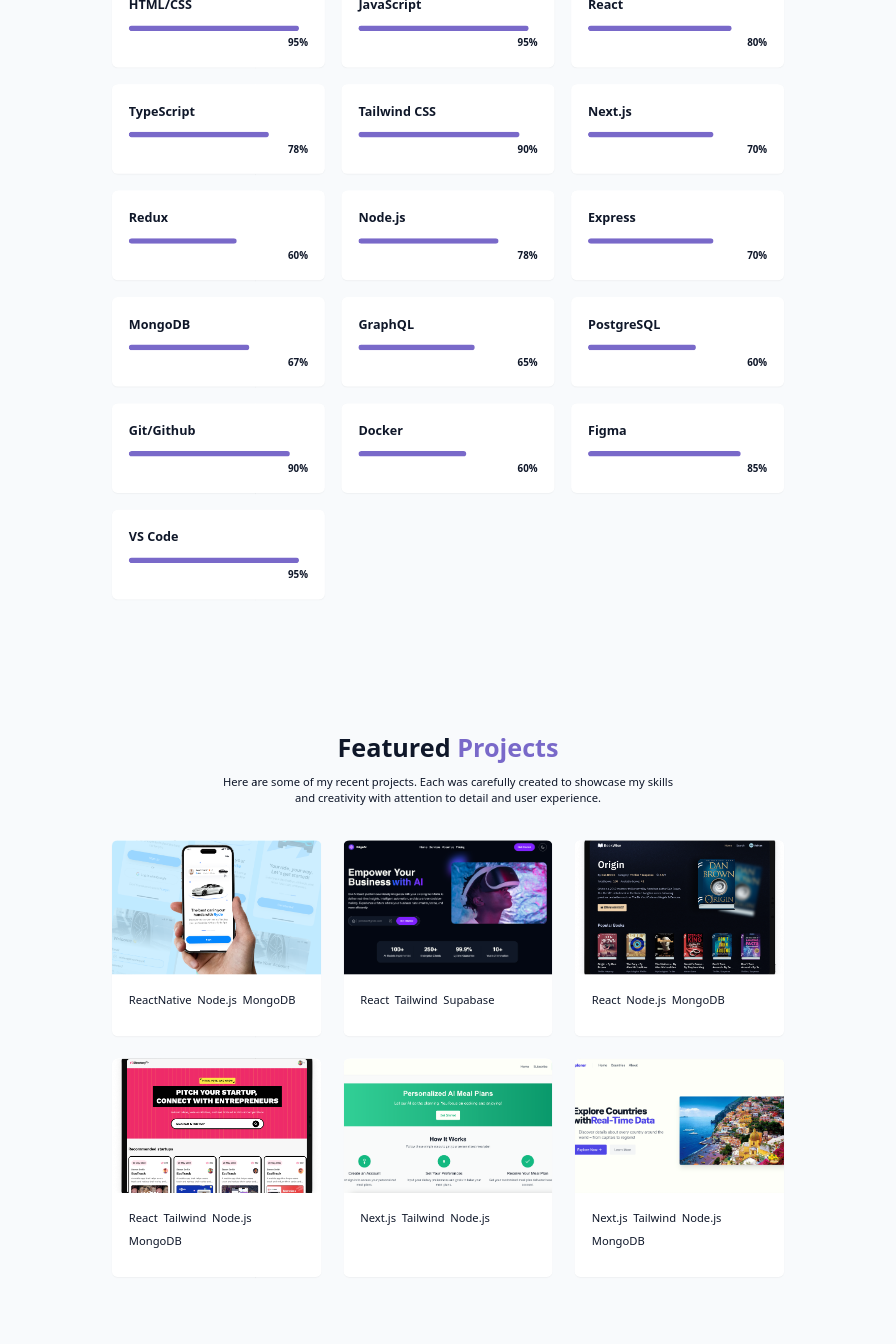
Repository: mOzariffard/Portfolio
Page: /
The author's editor kept a copy of each file at every save. The page is drawn from the files as they stood at one save, then again after the next save.
The browser window is 1280 px wide. The pictures show the part of the page from y = 1856 to 3776 px (the page is 3776 px tall), at 70% of full size.
The project was rebuilt for these pictures with package versions that can differ from the ones it lists, and the page was loaded fresh each time. Also part of the build but not shown: vite.config.js, src/pages/NotFound.jsx.

Above is the page before, as saved 2025-06-29 20:54:22.

After the next save:
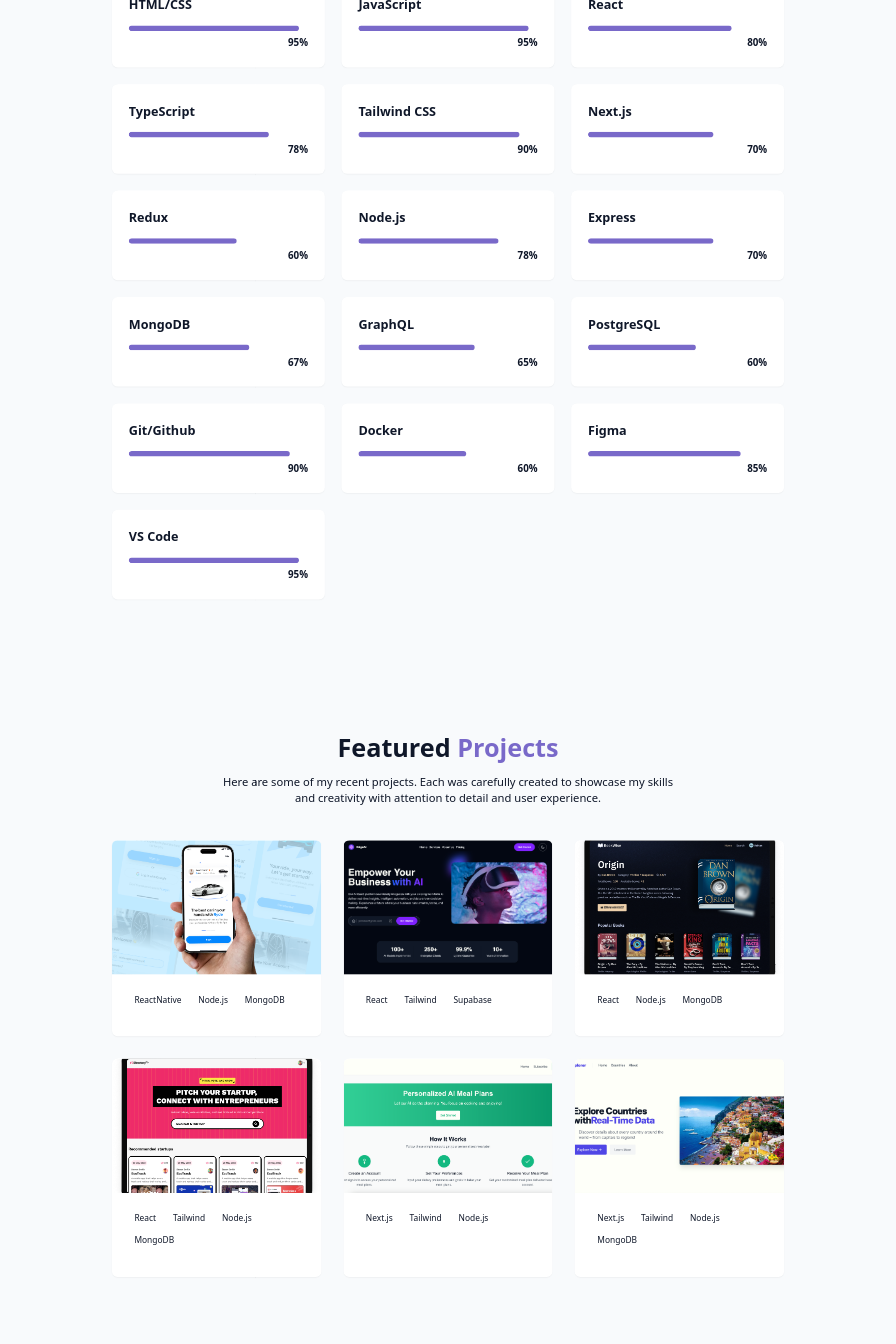
Saved 76 s later.
--- a/src/components/ProjectSection.jsx
+++ b/src/components/ProjectSection.jsx
@@ -125,7 +125,7 @@ const ProjectSection = () => {
                             <div className='p-6 '>
                                 <div className='flex flex-wrap gap-2 mb-4'>
                                     {project.tag.map((tag)=>(
-                                        <span>
+                                        <span className='px-2 py-1 text-xs font-medium rounded-full bg-secondary text-secondary-foreground'>
                                             {tag}
                                         </span>
                                     ))}
